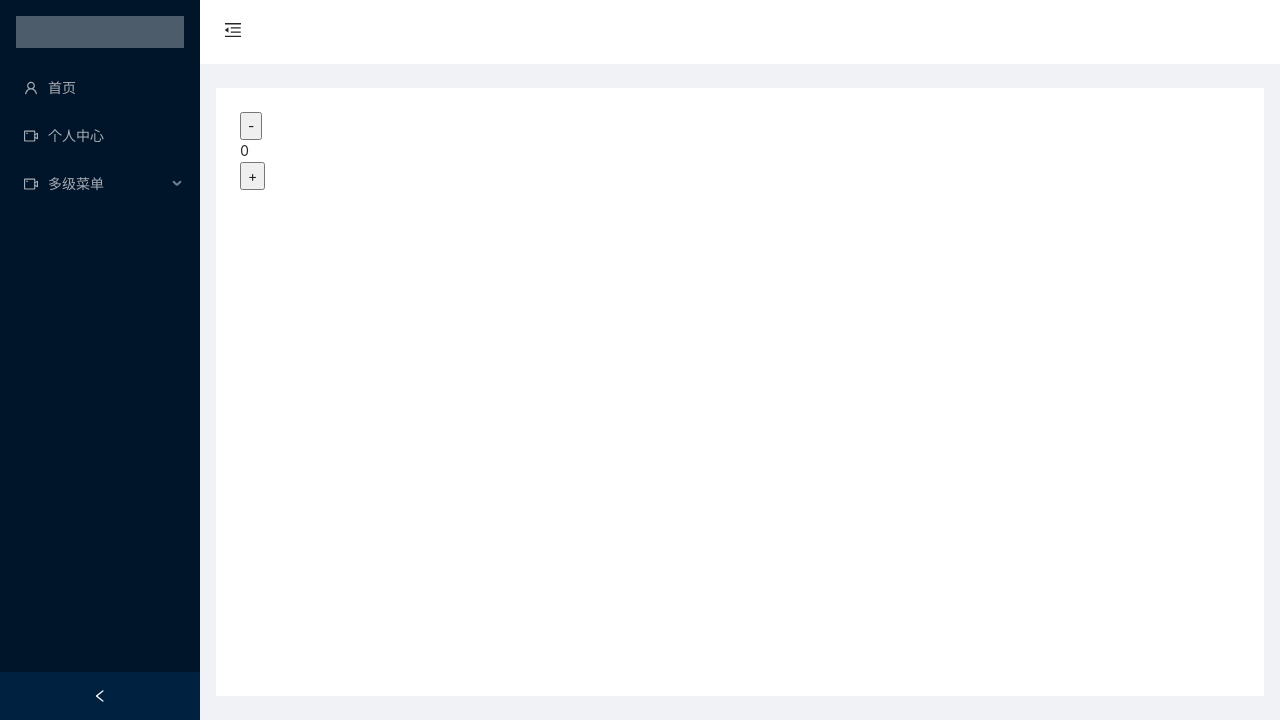
Repository: DallenCat/react-test
Page: /dashboard
The author's editor kept a copy of each file at every save. The page is drawn from the files as they stood at one save, then again after the next save.
The browser window is 1280 px wide. The pictures show the whole page.
The project was rebuilt for these pictures with package versions that can differ from the ones it lists, and the page was loaded fresh each time. Also part of the build but not shown: src/containers/personal/index.js.

Above is the page before, as saved 2021-10-29 14:29:36.

### src/index.js
/*
 * @Descripttion:
 * @version:
 * @Author: dal
 * @Date: 2021-10-26 17:14:54
 * @LastEditors: dal
 * @LastEditTime: 2021-10-28 17:36:55
 */
import React from 'react';
import ReactDOM from 'react-dom';
import './index.css';
import App from './App';
import reportWebVitals from './reportWebVitals';
import { Provider } from "react-redux"
import store from "./store"

ReactDOM.render(
  <Provider store={store}>
    <App />
  </Provider>,
  document.getElementById('root')
);

// If you want to start measuring performance in your app, pass a function
// to log results (for example: reportWebVitals(console.log))
// or send to an analytics endpoint. Learn more: https://bit.ly/CRA-vitals
reportWebVitals();

### src/App.js

import './App.css';
import Routes from './routes';
import { BrowserRouter as Router, Switch, Route } from 'react-router-dom';
import SiderDemo from "@/components/layout/index.js"
import { Component } from 'react';
class App extends Component {
  render() {
    let LayoutRouter = (props) => {
      return (
        <SiderDemo>
          <Routes />
        </SiderDemo>
      )
    }
    return (
      <Router>
        <Switch>
          <Route path="/" component={LayoutRouter} />
        </Switch>
      </Router>
    )
  }

}
// render(<Router routes={routes} />, document.body)
export default App;

### src/store/index.js
/*
 * @Descripttion:
 * @version:
 * @Author: dal
 * @Date: 2021-10-28 17:32:00
 * @LastEditors: dal
 * @LastEditTime: 2021-10-28 17:35:35
 */
import { configureStore } from '@reduxjs/toolkit'

import counterReducer from '@/reducers/counterReducer'

export default configureStore({
  reducer: {
    counter: counterReducer
  }
})

### src/App.css
@import '~antd/dist/antd.css';

.App {
  text-align: center;
}

.App-logo {
  height: 40vmin;
  pointer-events: none;
}

@media (prefers-reduced-motion: no-preference) {
  .App-logo {
    animation: App-logo-spin infinite 20s linear;
  }
}

.App-header {
  background-color: #282c34;
  min-height: 100vh;
  display: flex;
  flex-direction: column;
  align-items: center;
  justify-content: center;
  font-size: calc(10px + 2vmin);
  color: white;
}

.App-link {
  color: #61dafb;
}

@keyframes App-logo-spin {
  from {
    transform: rotate(0deg);
  }

  to {
    transform: rotate(360deg);
  }
}

### src/routes/index.js
/*
 * @Descripttion:
 * @version:
 * @Author: dal
 * @Date: 2021-10-26 17:34:53
 * @LastEditors: dal
 * @LastEditTime: 2021-10-27 15:55:38
 */
import Dashboard from "@/containers/dashboard"
import Personal from "@/containers/personal"
import { Route, Switch, withRouter } from 'react-router-dom';

const routes = () => {
  return (
    <Switch>
      <Route exact path={"/dashboard"} component={Dashboard} />
      <Route exact path={"/personal"} component={Personal} />

    </Switch>
  )
}
export default withRouter(routes)

### src/components/layout/index.js
/*
 * @Descripttion:
 * @version:
 * @Author: dal
 * @Date: 2021-10-27 09:54:26
 * @LastEditors: dal
 * @LastEditTime: 2021-10-27 16:53:47
 */
import React from "react"
import { Layout } from 'antd';
// 首先我们需要导入一些组件...
import "./index.css"
import {
  MenuUnfoldOutlined,
  MenuFoldOutlined
} from '@ant-design/icons';
import Sider from "./sider"
const { Header, Content } = Layout;

class SiderDemo extends React.Component {

  state = {
    collapsed: false,
  };

  toggle = () => {
    this.setState({
      collapsed: !this.state.collapsed,
    });
  };
  // 组件挂载
  componentDidMount() {
    console.log(this.props);
  }
  render() {

    return (
      <Layout id="components-layout-demo-custom-trigger">
        <Sider collapsed={this.state.collapsed}></Sider>
        <Layout className="site-layout">
          <Header className="site-layout-background">
            {React.createElement(this.state.collapsed ? MenuUnfoldOutlined : MenuFoldOutlined, {
              className: 'trigger',
              onClick: this.toggle,
            })}
          </Header>
          <Content
            className="site-layout-background"
            style={{
              margin: '24px 16px',
              padding: 24,
              minHeight: 280,
            }}
          >
            {this.props.children || "Welcome to your Inbox"}
          </Content>
        </Layout>
      </Layout>
    );
  }
}

export default SiderDemo;

### src/reducers/counterReducer.js
/*
 * @Descripttion:
 * @version:
 * @Author: dal
 * @Date: 2021-10-28 17:35:16
 * @LastEditors: dal
 * @LastEditTime: 2021-10-29 14:29:32
 */
import { createSlice } from '@reduxjs/toolkit'

export const counterSlice = createSlice({
  name: 'counter',
  initialState: {
    value: 0
  },
  reducers: {
    increment: state => {
      // Redux Toolkit allows us to write "mutating" logic in reducers. It
      // doesn't actually mutate the state because it uses the immer library,
      // which detects changes to a "draft state" and produces a brand new
      // immutable state based off those changes
      state.value += 1
    },
    decrement: state => {
      state.value -= 1
    },
    incrementByAmount: (state, action) => {
      state.value += action.payload
    },
    selectCount: state => state.counter.value
  }
})

export const { increment, decrement, incrementByAmount, selectCount } = counterSlice.actions
export default counterSlice.reducer

### src/containers/dashboard/index.js
/*
 * @Descripttion:
 * @version:
 * @Author: dal
 * @Date: 2021-10-27 11:00:04
 * @LastEditors: dal
 * @LastEditTime: 2021-10-29 14:27:15
 */
import { Component } from "react"
import { useSelector, useDispatch } from 'react-redux'
import { decrement, increment, selectCount } from '@/reducers/counterReducer'

export function Counter() {
  const count = useSelector(selectCount)
  console.log(count)
  const dispatch = useDispatch()
  return (
    <div>
      <button aria-label="Decrement value" onClick={() => dispatch(decrement())} > - </button>
      <div>{count.payload.counter.value}</div>
      <button aria-label="Increment value" onClick={() => dispatch(increment())} > + </button>

    </div>
  )
}


class Dashboard extends Component {

  render() {

    return (
      <div>
        <Counter ></Counter>
      </div>

    )
  }
}
export default Dashboard

### src/components/layout/index.css
.ant-layout {
  height: 100vh;
}

.ant-layout-header {
  text-align: left;
  padding: 0;
}

#components-layout-demo-custom-trigger .trigger {
  padding: 0 24px;
  font-size: 18px;
  line-height: 64px;
  cursor: pointer;
  transition: color 0.3s;
}

#components-layout-demo-custom-trigger .trigger:hover {
  color: #1890ff;
}

#components-layout-demo-custom-trigger .logo {
  height: 32px;
  margin: 16px;
  background: rgba(255, 255, 255, 0.3);
}

.site-layout .site-layout-background {
  background: #fff;
}

### src/components/layout/sider/index.js
/*
 * @Descripttion:
 * @version:
 * @Author: dal
 * @Date: 2021-10-27 16:13:09
 * @LastEditors: dal
 * @LastEditTime: 2021-10-27 17:31:32
 */
import { Layout } from 'antd';
import { Component } from 'react';
import Menu from "./menu"
import Logo from "./logo"
const { Sider } = Layout;
class SIDER extends Component {
  constructor(props) {
    super(props)
  }
  render() {
    let { collapsed } = this.props
    return (
      <Sider collapsible collapsed={collapsed}>
        <Logo></Logo>
        <Menu></Menu>
      </Sider>
    )
  }
}
export default SIDER

### src/components/layout/sider/menu.js
/*
 * @Descripttion:
 * @version:
 * @Author: dal
 * @Date: 2021-10-27 16:12:40
 * @LastEditors: dal
 * @LastEditTime: 2021-10-28 10:31:42
 */
import { Menu } from "antd"
import { Component, createElement } from "react";
import { Link } from "react-router-dom"
import * as Icon from '@ant-design/icons'
const { SubMenu } = Menu;
class MENU extends Component {
  constructor(props) {
    super(props)
    this.state = {
      selectedKeys: ['1'],
      routes: []
    }
  }
  /**
   *创建icon
  */
  icon(name) {
    return createElement(Icon[name]);
  }
  /**
   * 拼接routes
   */
  convertRoutes(arr) {
    return arr.map(v => {
      if (v.children.length > 0) {
        return (
          <SubMenu key={v.key} icon={this.icon(v.icon)} title={v.title}>
            {this.convertRoutes(v.children)}
          </SubMenu>
        )
      } else {
        return (
          <Menu.Item key={v.key} icon={this.icon(v.icon)}>
            <Link to={v.path}>{v.title} </Link>
          </Menu.Item>
        )
      }
    })

  }
  /**
   * 生命周期  = Vue-mounted
  */
  componentDidMount() {
    fetch('./mock/routes.json').then(res => {
      if (res.ok) {
        res.json().then(data => {
          this.setState({
            routes: data
          })
        })
      }
    })
  }
  render(h) {
    return (
      <Menu theme="dark" mode="inline" defaultSelectedKeys={this.state.selectedKeys}>
        {
          this.convertRoutes(this.state.routes)

        }
      </Menu>

    )
  }
}
export default MENU

### src/components/layout/sider/logo.js
/*
 * @Descripttion: 侧边栏logo组件
 * @version:
 * @Author: dal
 * @Date: 2021-10-27 17:00:57
 * @LastEditors: dal
 * @LastEditTime: 2021-10-27 17:00:57
 */
import { Component } from "react";

class LOGO extends Component {
  render(h) {
    return (
      <div className="logo"></div>
    )
  }
}
export default LOGO

### public/mock/routes.json
[
  {
    "id":"1",
    "key":"Dashboard",
    "path":"/dashboard",
    "title":"首页",
    "children":[],
    "icon":"UserOutlined",
    "component":"/containers/dashboard"
  },
  {
    "id":"2",
    "key":"Personal",
    "path":"/personal",
    "title":"个人中心",
    "children":[],
    "icon":"VideoCameraOutlined",
    "component":"/containers/personal"
  },
  {
    "id":"3",
    "key":"Submenu",
    "path":"/submenu",
    "title":"多级菜单",
    "children":[
      {
        "id":"3-1",
        "key":"Submenu-1",
        "path":"/submenu/submenu-1",
        "title":"子页面1",
        "children":[],
        "icon":"VideoCameraOutlined",
        "component":"/containers/personal"
      },{
        "id":"3-2",
        "key":"Submenu-2",
        "path":"/submenu/submenu-2",
        "title":"子页面2",
        "children":[],
        "icon":"VideoCameraOutlined",
        "component":"/containers/dashboard"
      }
    ],
    "icon":"VideoCameraOutlined",
    "component":""
  }
]

Loaded but not shown: public/index.html (common file); src/index.css (common file); src/reportWebVitals.js (common file)

After the next save:
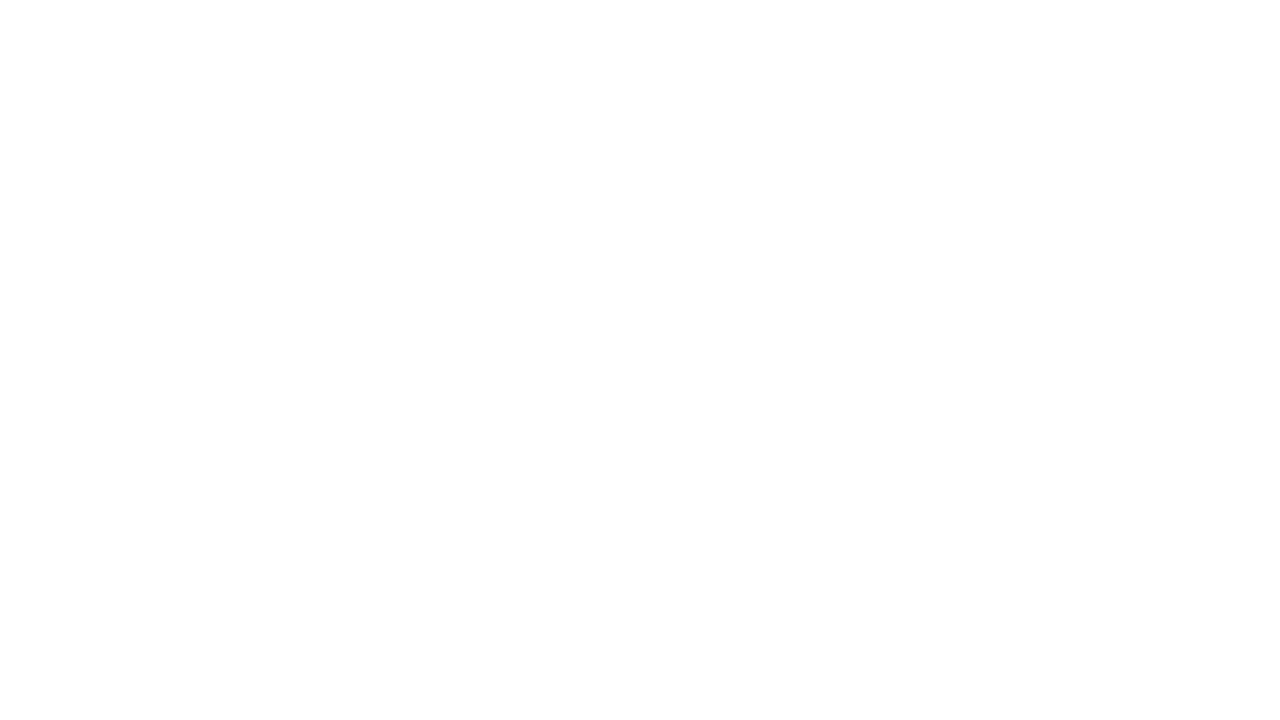
Console error (its wording comes from the project's code and is left out).
Saved 11 s later.
--- a/src/containers/dashboard/index.js
+++ b/src/containers/dashboard/index.js
@@ -4,7 +4,7 @@
  * @Author: dal
  * @Date: 2021-10-27 11:00:04
  * @LastEditors: dal
- * @LastEditTime: 2021-10-29 14:27:15
+ * @LastEditTime: 2021-10-29 14:29:47
  */
 import { Component } from "react"
 import { useSelector, useDispatch } from 'react-redux'
@@ -17,7 +17,7 @@
   return (
     <div>
       <button aria-label="Decrement value" onClick={() => dispatch(decrement())} > - </button>
-      <div>{count.payload.counter.value}</div>
+      <div>{count}</div>
       <button aria-label="Increment value" onClick={() => dispatch(increment())} > + </button>
 
     </div>

After the save that followed:
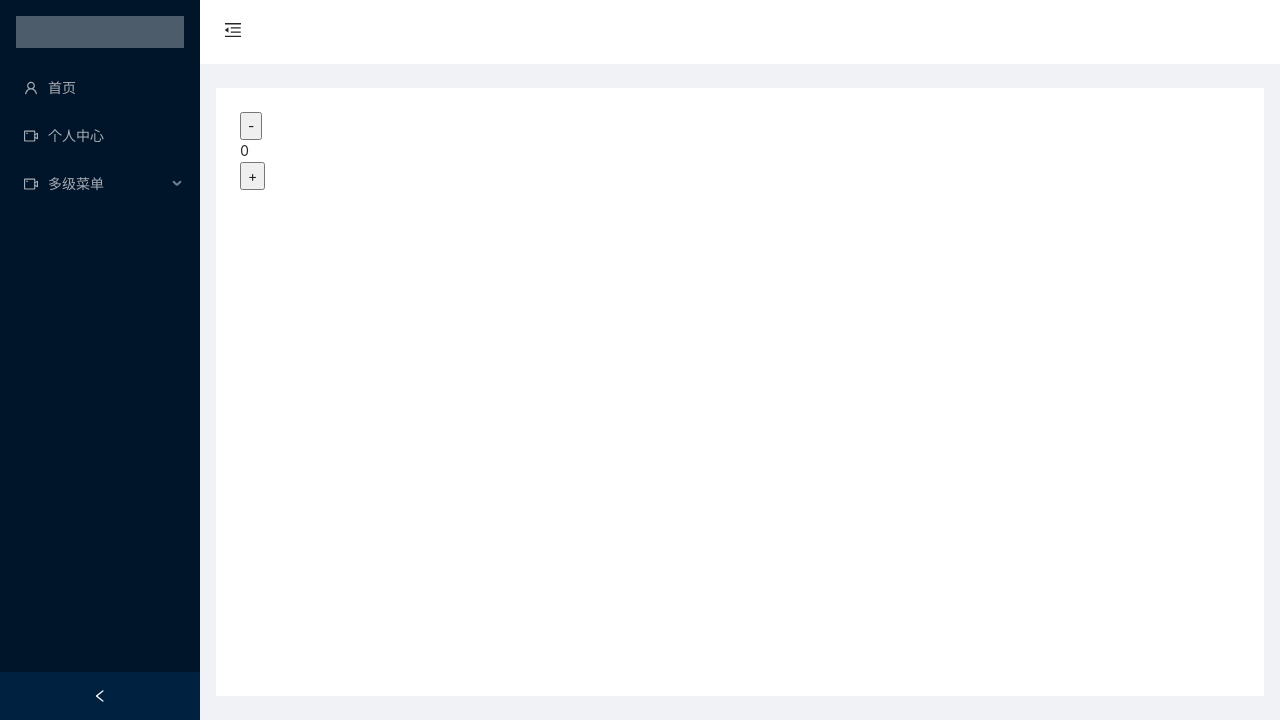
The error is gone.
Saved 11 s later.
--- a/src/containers/dashboard/index.js
+++ b/src/containers/dashboard/index.js
@@ -4,7 +4,7 @@
  * @Author: dal
  * @Date: 2021-10-27 11:00:04
  * @LastEditors: dal
- * @LastEditTime: 2021-10-29 14:29:47
+ * @LastEditTime: 2021-10-29 14:27:15
  */
 import { Component } from "react"
 import { useSelector, useDispatch } from 'react-redux'
@@ -17,7 +17,7 @@
   return (
     <div>
       <button aria-label="Decrement value" onClick={() => dispatch(decrement())} > - </button>
-      <div>{count}</div>
+      <div>{count.payload.counter.value}</div>
       <button aria-label="Increment value" onClick={() => dispatch(increment())} > + </button>
 
     </div>
